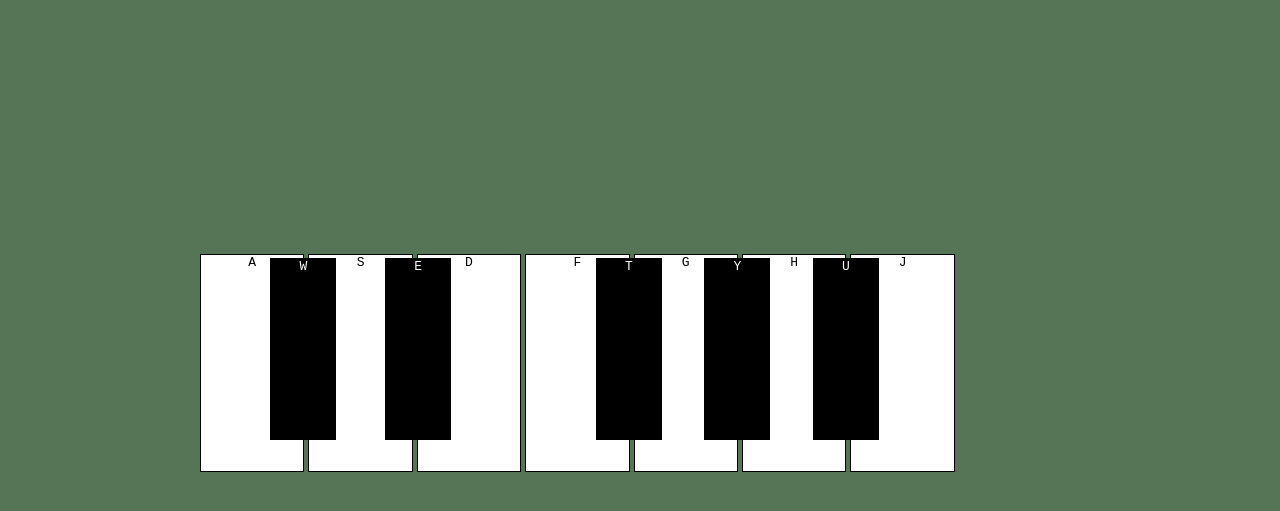
Repository: ctcoleman/Virtual-Piano
Page: index.html
The author's editor kept a copy of each file at every save. The page is drawn from the files as they stood at one save, then again after a run of saves.
The browser window is 1280 px wide. The pictures show the whole page.

Above is the page before, as saved 2020-07-20 09:10:41.

### index.html
<!DOCTYPE html>
<html>

<head>
    <meta charset="utf-8">
    <link type="text/css" rel="stylesheet" href="./index.css">
    <title>Chris's Keyboard Piano</title>
</head>

<body>
    <div class="keyboard-container">
        <div class="white-keys-container">
            <kbd class="white-key" id="KeyA">A</kbd>
            <kbd class="white-key" id="KeyS">S</kbd>
            <kbd class="white-key" id="KeyD">D</kbd>
            <kbd class="white-key" id="KeyF">F</kbd>
            <kbd class="white-key" id="KeyG">G</kbd>
            <kbd class="white-key" id="KeyH">H</kbd>
            <kbd class="white-key" id="KeyJ">J</kbd>
        </div>
        <div class="black-keys-container">
            <kbd class="black-key" id="KeyW">W</kbd>
            <kbd class="black-key" id="KeyE">E</kbd>
            <kbd class="black-key" id="KeyT">T</kbd>
            <kbd class="black-key" id="KeyY">Y</kbd>
            <kbd class="black-key" id="KeyU">U</kbd>
        </div>
    </div>
    <script src="./index.js"></script>
</body>

</html>

### index.css
/*
=== Basic Styling ===
 */
html {
    background: rgba(1, 46, 1, 0.664);
    color: black;
    box-sizing: border-box;
}

/*
=== Keyboard Styling ===
*/
.keyboard-container {
    position: relative;
    width: 60vw;
    height: 30vh;
    margin: 35vh 15vw;
}
/*
=== White Keys Styling ===
*/
.white-key-container {
    margin: 15vh 15vw;
}
.white-key {
    text-align: center;
    display: inline-block;
    width: 8vw;
    height: 30vh;
    background: white;
    border: 1px solid black;
}
/*
=== Black Keys Styling ===
*/
.black-key-container {
    margin: 10vh 5vw;
}
.black-key {
    position: relative;
    z-index: 1;
    top: -30vh;
    text-align: center;
    display: inline-block;
    width: 5vw;
    height: 25vh;
    background: black;
    color: white;
    border: 1px solid black;
}
#KeyW {
    left: 5.5vw;
}
#KeyE {
    left: 9vw;
}
#KeyT {
    left: 20vw;
}
#KeyY {
    left: 23vw;
}
#KeyU {
    left: 26vw;
}

### index.js
const aKey = document.getElementById('KeyA')
const sKey = document.getElementById('KeyS')
const dKey = document.getElementById('KeyD')
const fKey = document.getElementById('KeyF')
const gKey = document.getElementById('KeyG')
const hKey = document.getElementById('KeyH')
const jKey = document.getElementById('KeyJ')
const wKey = document.getElementById('KeyW')
const eKey = document.getElementById('KeyE')
const tKey = document.getElementById('KeyT')
const yKey = document.getElementById('KeyY')
const uKey = document.getElementById('KeyU')






const keys = [aKey, sKey, dKey, fKey, gKey, hKey, jKey, wKey, eKey, tKey, yKey, uKey]
console.log(keys)
document.addEventListener('keypress', (keyPressed) => {
    const key = keyPressed.code
    switch (key) {
        case keys[0].id:
            new Audio('./keys/A.mp3').play()
            break
        case keys[1].id:
            new Audio('./keys/S.mp3').play()
            break
        case keys[2].id:
            new Audio('./keys/D.mp3').play()
            break
        case keys[3].id:
            new Audio('./keys/F.mp3').play()
            break
        case keys[4].id:
            new Audio('./keys/G.mp3').play()
            break
        case keys[5].id:
            new Audio('./keys/H.mp3').play()
            break
        case keys[6].id:
            new Audio('./keys/J.mp3').play()
            break
        case keys[7].id:
            new Audio('./keys/W.mp3').play()
            break
        case keys[8].id:
            new Audio('./keys/E.mp3').play()
            break
        case keys[9].id:
            new Audio('./keys/T.mp3').play()
            break
        case keys[10].id:
            new Audio('./keys/Y.mp3').play()
            break
        case keys[11].id:
            new Audio('./keys/U.mp3').play()
            break
        default:
            console.log('Invalid Key Press')
    }
})

After the next 4 saves:
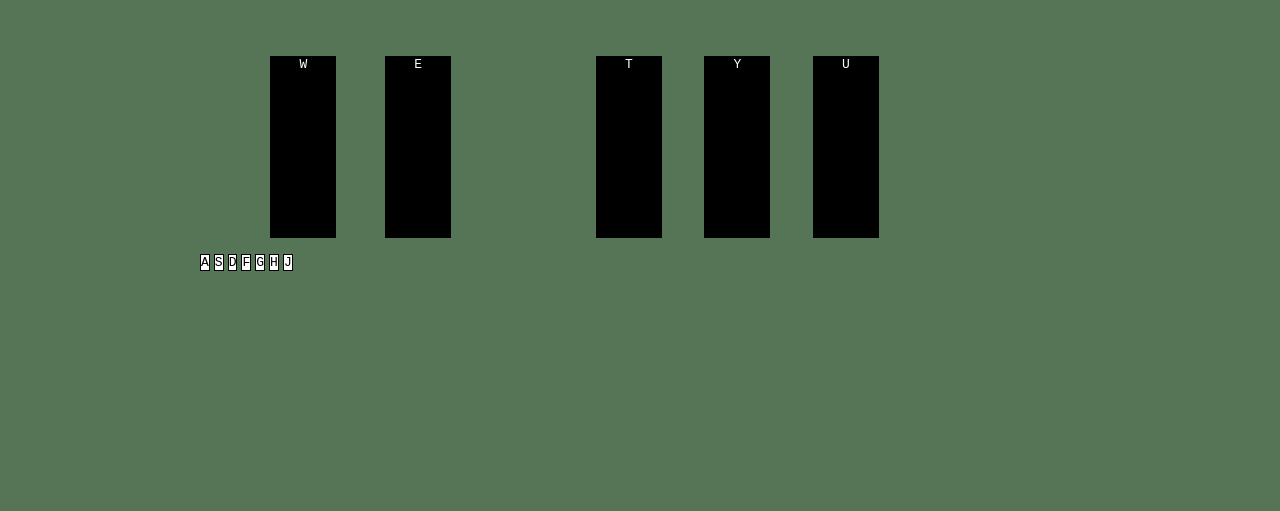
The 4 saves are shown as one change because they came seconds apart.
The last was saved 14 s later.
--- a/index.css
+++ b/index.css
@@ -24,7 +24,6 @@
 }
 .white-key {
     text-align: center;
-    display: inline-block;
     width: 8vw;
     height: 30vh;
     background: white;

After the 3 saves that followed:
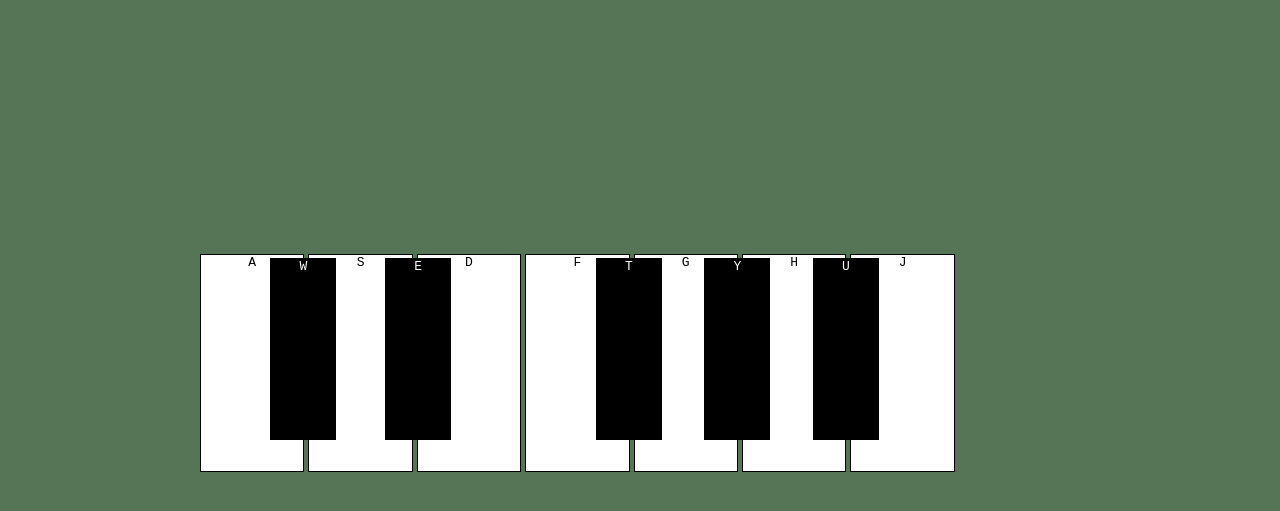
The 3 saves are shown as one change because 2 left the picture as it was.
The last was saved 24 s later.
--- a/index.css
+++ b/index.css
@@ -23,6 +23,7 @@
     margin: 15vh 15vw;
 }
 .white-key {
+    display: inline-block;
     text-align: center;
     width: 8vw;
     height: 30vh;
